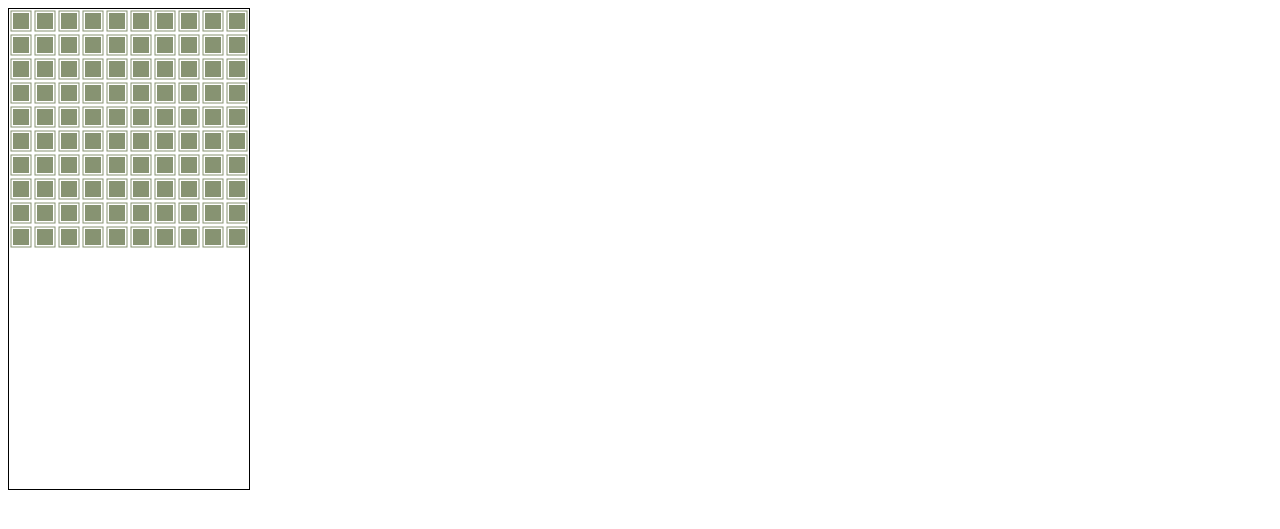
Repository: yzarc204/tetris-web
Page: index.html
These files come from the project's save history. The page is drawn as it stood at one moment and after the next save; the edit follows.
The browser window is 1280 px wide. The pictures show the whole page.

Above is the page before, as saved 2021-09-20 18:34:50.

### index.html
<!DOCTYPE html>
<html lang="en">
<head>
    <meta charset="UTF-8">
    <meta http-equiv="X-UA-Compatible" content="IE=edge">
    <meta name="viewport" content="width=device-width, initial-scale=1.0">
    <title>Tetris</title>
    <style>
        canvas {
            border: 1px solid #000;
        }
    </style>
</head>
<body>
    <script src="js/const.js"></script>
    <script src="js/board.js"></script>
    <script src="js/pixel.js"></script>
    <script src="js/brick.js"></script>
    <script src="js/game.js"></script>
</body>
</html>

### js/const.js
const PIXEL_SIZE = 24;
const PIXEL_COLOR = '#000000';
const PIXEL_BG_COLOR = '#879372';

const B = true;
const _ = false;

const ROW = 20;
const COL = 10;

const GAME_WIDTH = PIXEL_SIZE * COL;
const GAME_HEIGHT = PIXEL_SIZE * ROW;
const GAME_BG_COLOR = '#9EAD86';

### js/board.js
class Board
{
    constructor(tetris) {
        this.tetris = tetris;
        this.map = [];
        this.row = ROW;
        this.col = COL;
        this.init();
    }

    init() {
        for (let row = 0; row < this.row; row++) {
            let rowData = [];
            for (let col = 0; col < this.col; col++) {
                rowData.push(_);
            }
            this.map.push(rowData);
        }
    }

    draw() {
        for (let row = 0; row < this.row; row++) {
            for (let col = 0; col < this.col; col++) {
                if (this.map[row][col] == _)
                    new Pixel(this.tetris, row, col, PIXEL_BG_COLOR).draw();
            }
        }
    }
};

### js/pixel.js
class Pixel
{
    constructor(tetris, row, col, color) {
        this.tetris = tetris;
        this.row = row;
        this.col = col;
        this.color = color;
        this.size = PIXEL_SIZE;
    }

    draw() {
        const x = this.row * this.size;
        const y = this.col * this.size;
        // Set color
        this.tetris.ctx.fillStyle = this.color;
        this.tetris.ctx.strokeStyle = this.color;
        this.tetris.ctx.lineWidth = 1;
        // Draw outline
        this.tetris.ctx.strokeRect(x+2, y+2, this.size-4, this.size-4);
        // Draw area
        this.tetris.ctx.fillRect(x+4, y+4, this.size-8, this.size-8, this.color);
    }
};

### js/game.js
class Tetris {
    constructor() {
        this.cvs = null;
        this.ctx = null;
        this.board = null;
        this.brick = null;
        this.score = 0;
        this.init();
        this.startGame();
    }

    init() {
        // Create canvas
        this.cvs = document.createElement('canvas');
        this.cvs.width = GAME_WIDTH;
        this.cvs.height = GAME_HEIGHT;
        document.body.appendChild(this.cvs);

        this.ctx = this.cvs.getContext('2d');
    }

    startGame() {
        this.board = new Board(this);
        this.board.draw();
        console.log('draw');

    }

    clrscr() {

    }

    loop() {

    }

    update() {

    }

    draw() {

    }
};

const tetris = new Tetris();

Loaded but not shown: js/brick.js (no copy from this time; the picture is the same without it)

After the next save:
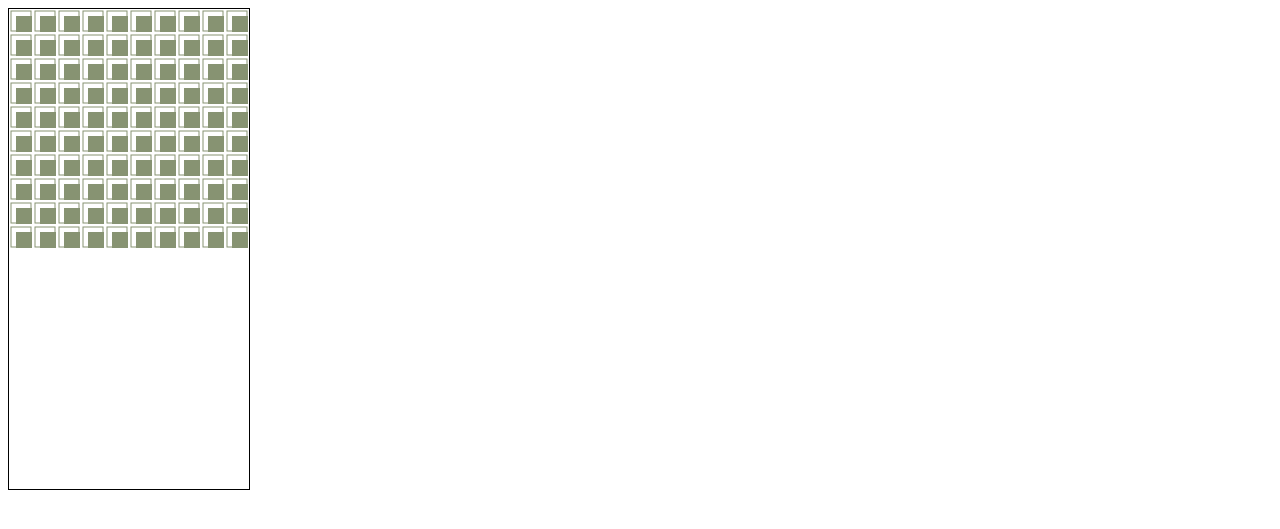
Saved 15 s later.
--- a/js/pixel.js
+++ b/js/pixel.js
@@ -18,6 +18,6 @@ class Pixel
         // Draw outline
         this.tetris.ctx.strokeRect(x+2, y+2, this.size-4, this.size-4);
         // Draw area
-        this.tetris.ctx.fillRect(x+4, y+4, this.size-8, this.size-8, this.color);
+        this.tetris.ctx.fillRect(x+7, y+7, this.size-8, this.size-8, this.color);
     }
 };
